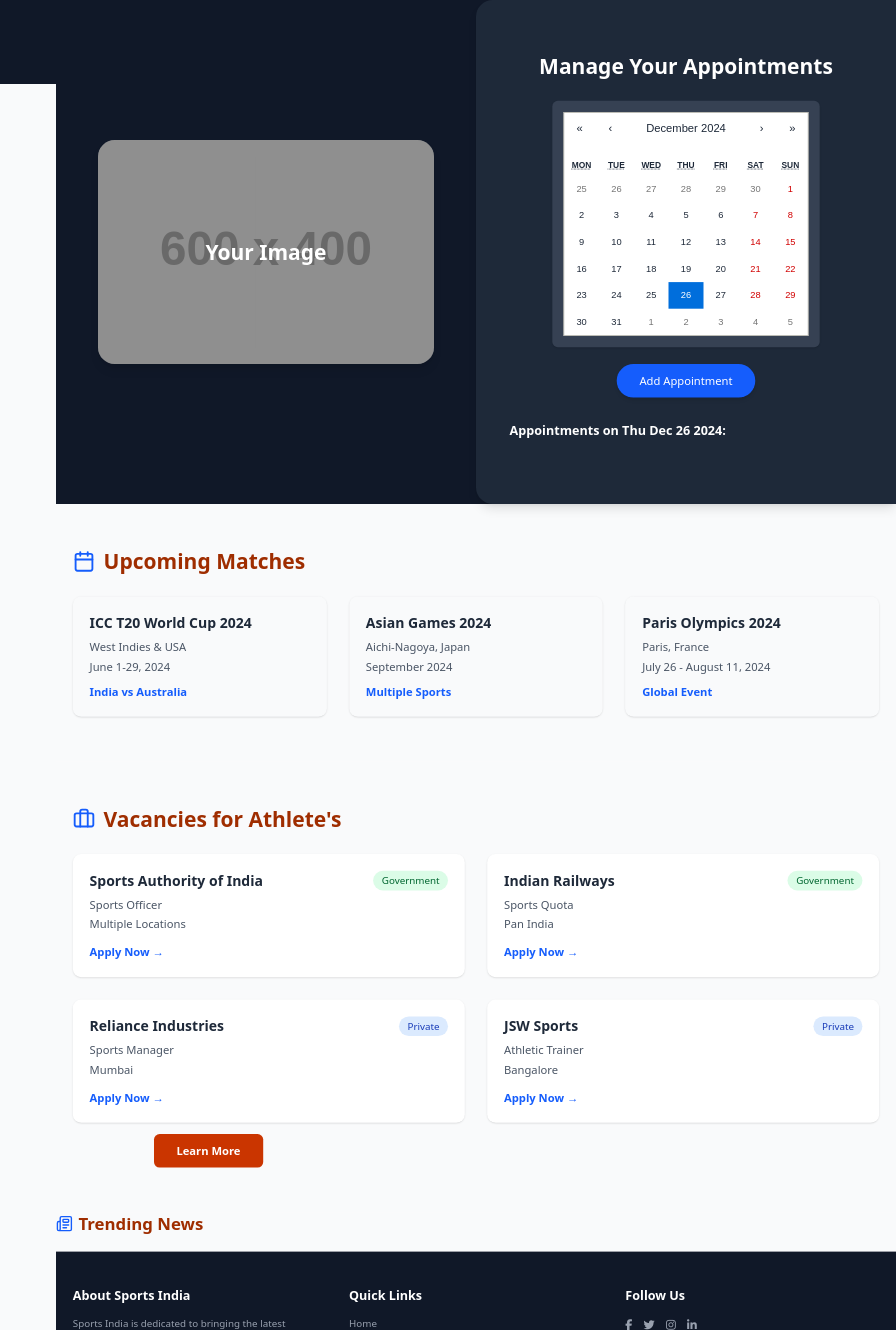
Repository: Shovon0004/Athlete
Page: / (app in Athlete/)
An editor plug-in stored every save of this project. The page is shown before and after a run of saves, followed by the edit.
The browser window is 1280 px wide. The pictures show the part of the page from y = 600 to 2500 px (the page is 2684 px tall), at 70% of full size.
The page's requests for data from a server got no answer. The project was rebuilt for these pictures with package versions that can differ from the ones it lists, and the page was loaded fresh each time. No one was signed in, and anything a server would have sent is missing. Also part of the build but not shown: Athlete/vite.config.js.

Above is the page before, as saved 2025-01-26 22:57:14.

After the next 3 saves:
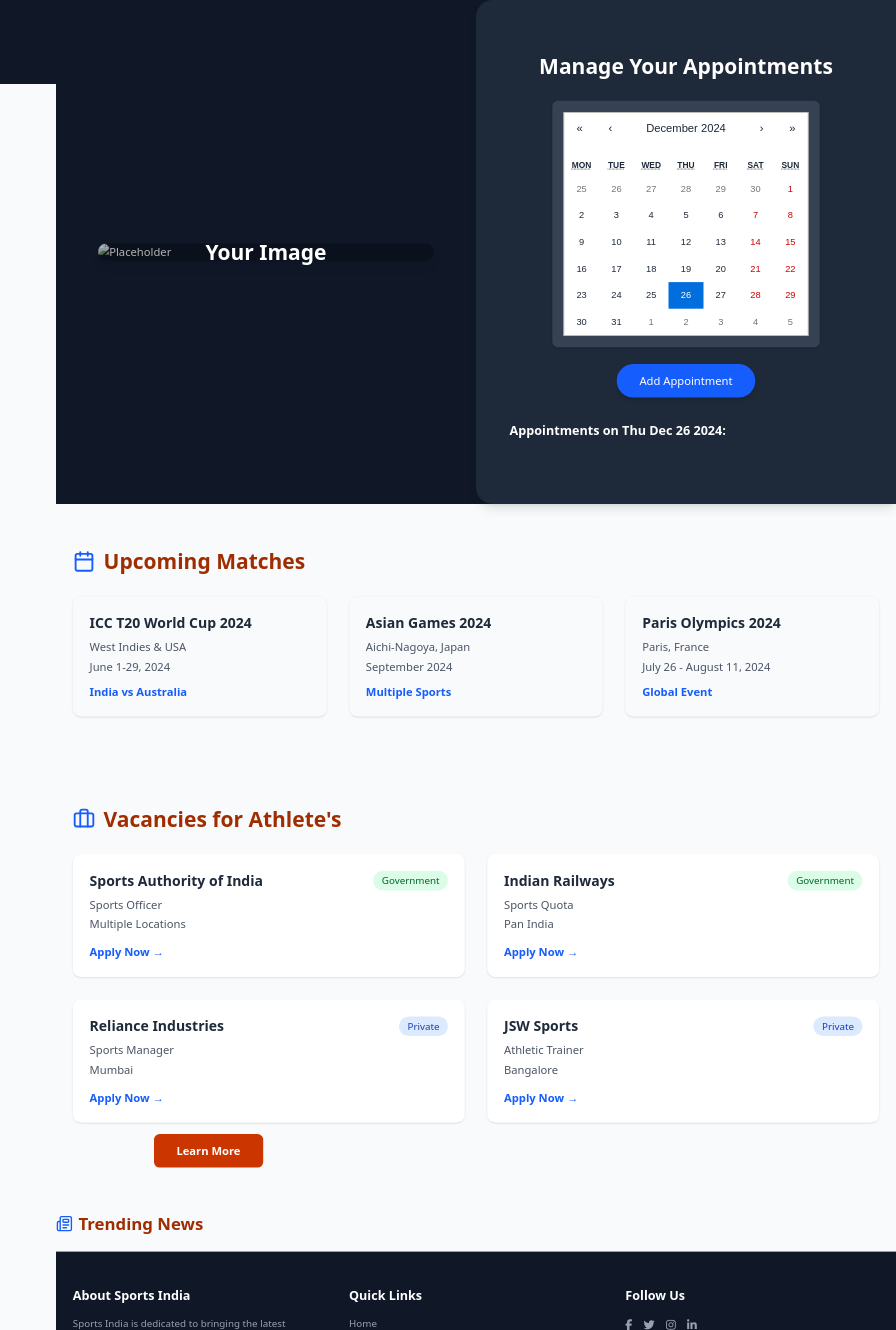
The 3 saves are shown as one change because they came seconds apart.
The last was saved 103 s later.
--- a/Athlete/src/components/AppointmentPage.jsx
+++ b/Athlete/src/components/AppointmentPage.jsx
@@ -56,7 +56,7 @@
       <div className="w-1/2 flex items-center justify-center">
         <div className="relative w-4/5">
           <img
-            src="https://via.placeholder.com/600x400"
+            src=""
             alt="Placeholder"
             className="rounded-3xl shadow-lg"
           />
